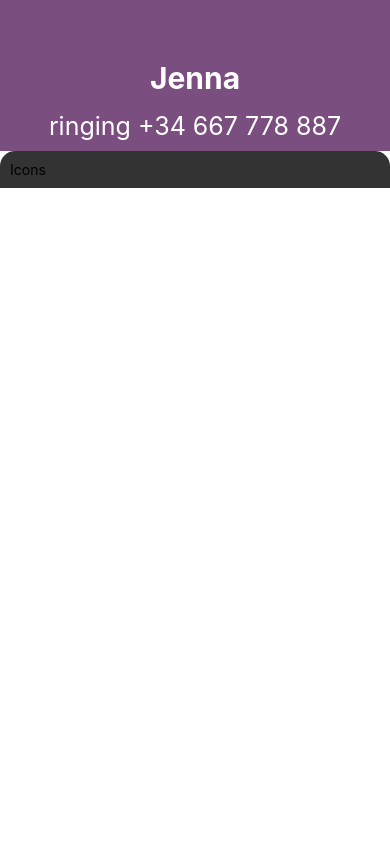
Repository: JennaFi/VideoCallApp
Screen: /
The author's editor kept a copy of each file at every save. The screen is drawn from the files as they stood at one save, then again after the next save.
The app was drawn by React Native's web renderer in a window 390 px wide. The project was rebuilt for these pictures with package versions that can differ from the ones it lists, and the page was loaded fresh each time.

Above is the screen before, as saved 2022-01-11 23:44:00.

After the next save:
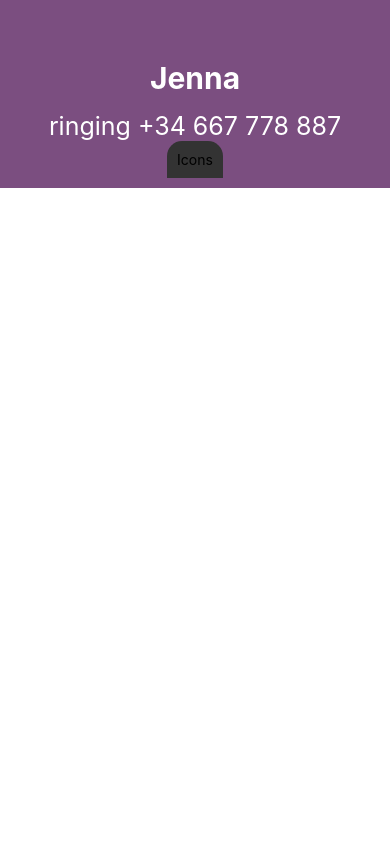
Saved 37 s later.
--- a/src/screens/CallingScreen/index.js
+++ b/src/screens/CallingScreen/index.js
@@ -8,11 +8,13 @@ const CallingScreen = () => {
         <Text style={styles.name}>Jenna</Text>
         <Text style={styles.phoneNumber}>ringing +34 667 778 887</Text>
 
+        <View style={styles.buttonsContainer}>
+        <Text>Icons</Text>
       </View>
 
-      <View style={styles.buttonsContainer}>
-        <Text>Icons</Text>
       </View>
+
+
     </View>)
 }
 
